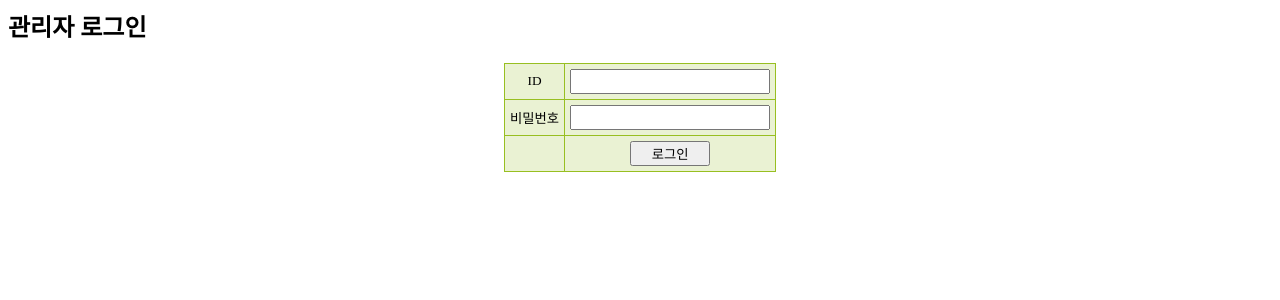
Repository: lmcoa15/Movie
Page: http://localhost/movie/admin/admin_login.jsp
These files come from the project's save history. The page is drawn as it stood at one moment and after the next save; the edit follows.
The browser window is 1280 px wide. The pictures show the whole page.
The page is served by Tomcat 9. Other server files are loaded and not shown.

Above is the page before, as saved 2015-12-05 20:22:19.

### workspace/movie/WebContent/admin/admin_login.jsp
<%@ page language="java" contentType="text/html; charset=UTF-8"
    pageEncoding="UTF-8"%>
    <link rel="stylesheet" href="../list/movie_list_css.css" type="text/css" media="screen" />
<!DOCTYPE html PUBLIC "-//W3C//DTD HTML 4.01 Transitional//EN" "http://www.w3.org/TR/html4/loose.dtd">
<html>
<head>
<meta http-equiv="Content-Type" content="text/html; charset=UTF-8">
<title>login</title>
</head>
<body>
 <% System.out.println("1"); %>
<h2>관리자 로그인</h2>
	<form method ="post" action="admin_login_process.jsp" name="form1">
	<table width="250" border="1"align="center" cellspacing="0"
												cellpadding="5">

	<tr>
		<td>ID</td>
		<td><input type="text" name="admin_id" size=10></td>
	</tr>

	<tr>
		<td>비밀번호</td>
		<td><input type="password" name="admin_password" size=10></td>
	</tr>

	<tr>
		<td></td>
		<td><input type="button" name="login_button" value="로그인" size=2>
		</td>
	</tr>
</table>

</body>
</html>

### workspace/movie/WebContent/list/movie_list_css.css
@charset "utf-8";

table{
		width:auto;
		border-collapse:collapse;
		text-align:center;
}

td,th{
		font-size:10pt;
		border:1px solid #98bf21;
		height:30px;
		padding:5px;
}

th{
		background-color:#A7C942;
		color:#ffffff;
		font-family:Georgia;
}

tr td{
		color:#000000;
		background-color:#EAF2D3;
}
input {
		height:25px;
		width:200px;
}
input [type="submit"],[type="reset"],[type="button"]{
	height:25px;
	width:80px;
}

After the next save:
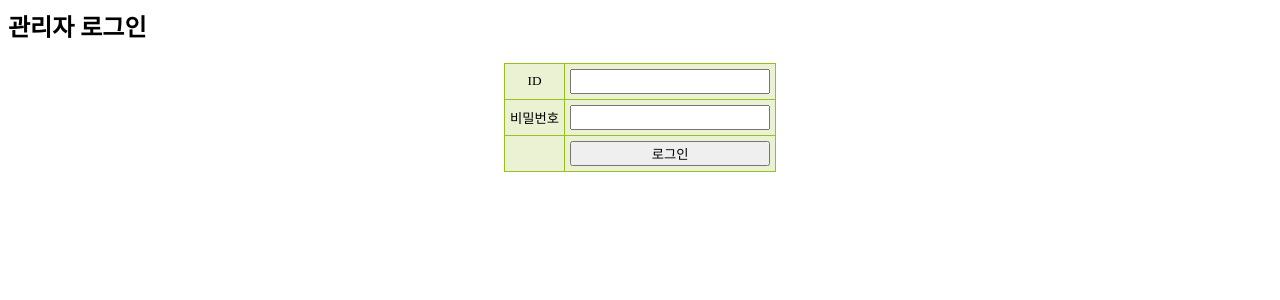
Saved 4 min 34 s later.
--- a/workspace/movie/WebContent/admin/admin_login.jsp
+++ b/workspace/movie/WebContent/admin/admin_login.jsp
@@ -26,7 +26,7 @@
 
 	<tr>
 		<td></td>
-		<td><input type="button" name="login_button" value="로그인" size=2>
+		<td><input type="submit" name="login_button" value="로그인" size=2>
 		</td>
 	</tr>
 </table>
